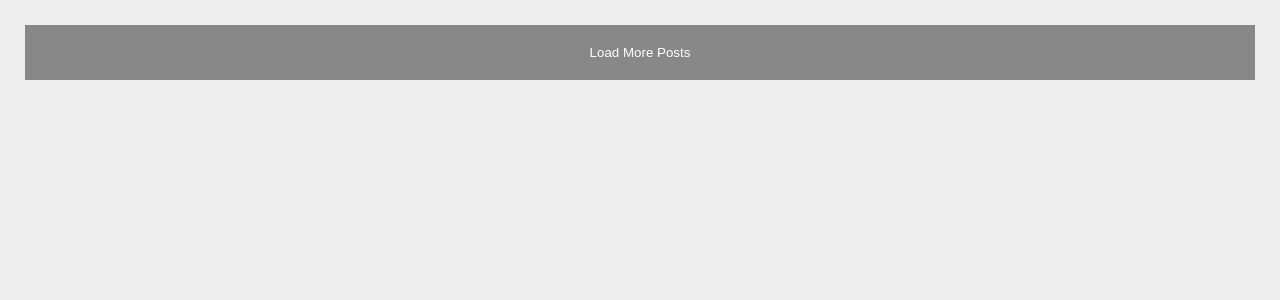
Repository: anderfmelo/temp-repo
Page: /
These files come from the project's save history. The page is drawn as it stood at one moment and after the next save; the edit follows.
The browser window is 1280 px wide. The pictures show the whole page.
The page's requests for data from a server got no answer. The project was rebuilt for these pictures with package versions that can differ from the ones it lists, and the page was loaded fresh each time. No one was signed in, and anything a server would have sent is missing. Also part of the build but not shown: src/components/PostCard/styles.css, src/components/PostCard/index.jsx.

Above is the page before, as saved 2022-04-20 12:25:30.

### public/index.html
<!DOCTYPE html>
<html lang="en">
  <head>
    <meta charset="utf-8" />
    <link rel="icon" href="%PUBLIC_URL%/favicon.ico" />
    <meta name="viewport" content="width=device-width, initial-scale=1" />
    <meta name="theme-color" content="#000000" />
    <meta
      name="description"
      content="Web site created using create-react-app"
    />
    <link rel="apple-touch-icon" href="%PUBLIC_URL%/logo192.png" />
    <!--
      manifest.json provides metadata used when your web app is installed on a
      user's mobile device or desktop. See https://developers.google.com/web/fundamentals/web-app-manifest/
    -->
    <link rel="manifest" href="%PUBLIC_URL%/manifest.json" />
    <!--
      Notice the use of %PUBLIC_URL% in the tags above.
      It will be replaced with the URL of the `public` folder during the build.
      Only files inside the `public` folder can be referenced from the HTML.

      Unlike "/favicon.ico" or "favicon.ico", "%PUBLIC_URL%/favicon.ico" will
      work correctly both with client-side routing and a non-root public URL.
      Learn how to configure a non-root public URL by running `npm run build`.
    -->
    <title>React App</title>
  </head>
  <body>
    <noscript>You need to enable JavaScript to run this app.</noscript>
    <div id="root"></div>
    <!--
      This HTML file is a template.
      If you open it directly in the browser, you will see an empty page.

      You can add webfonts, meta tags, or analytics to this file.
      The build step will place the bundled scripts into the <body> tag.

      To begin the development, run `npm start` or `yarn start`.
      To create a production bundle, use `npm run build` or `yarn build`.
    -->
  </body>
</html>

### src/index.js
import React from 'react';
import ReactDOM from 'react-dom/client';
import './styles/global-styles.css';

import Home from './templates/Home';

const root = ReactDOM.createRoot(document.getElementById('root'));
root.render(
  <React.StrictMode>
    <Home />
  </React.StrictMode>
);

### src/templates/Home/index.jsx
import "./styles.css";

import { Component } from "react";

import { loadPosts } from "../../utils/load-posts";
import { Posts } from "../../components/Posts";
import { Button } from "../../components/Button";

export class Home extends Component {
  state = {
    posts: [],
    allPosts: [],
    page: 0,
    postsPerPage: 3,
  };

  async componentDidMount() {
    await this.loadPosts();
  }

  loadPosts = async () => {
    const { page, postsPerPage } = this.state;

    const postsAndPhotos = await loadPosts();
    this.setState({
      posts: postsAndPhotos.slice(page, postsPerPage),
      allPosts: postsAndPhotos,
    });
  };

  loadMorePosts = () => {
    const { page, postsPerPage, allPosts, posts } = this.state;

    const nextPage = page + postsPerPage;
    const nextPosts = allPosts.slice(nextPage, nextPage + postsPerPage);
    posts.push(...nextPosts);

    this.setState({ posts, page: nextPage });
  };

  render() {
    const { posts, page, postsPerPage, allPosts } = this.state;
    const noMorePosts = page + postsPerPage >= allPosts.length;

    return (
      <section className="container">
        <Posts posts={posts} />
        <div className="button-container">
          <Button
            text="Load More Posts"
            quandoClica={this.loadMorePosts}
            disabled={noMorePosts}
          />
        </div>
      </section>
    );
  }
}

export default Home;

### src/templates/Home/styles.css
.container {
  min-height: 100vh;
  background: #eee;
  padding: 25px;
}

.button-container {
  min-height: 0px;
  display: flex;
  align-items: flex-end;
}

### src/utils/load-posts.js
export const loadPosts = async () => {
    const postsResponse = fetch(
        'https://jsonplaceholder.typicode.com/posts');

    const photosResponse = fetch(
        'https://jsonplaceholder.typicode.com/photos');

    const [posts, photos] = await Promise.all(
        [postsResponse, photosResponse]);

    const postsJson = await posts.json();
    const photosJson = await photos.json();

    const postsAndPhotos = postsJson.map((post, index) => {
        return { ...post, cover: photosJson[index].url }
    });

    return postsAndPhotos;
}

### src/components/Posts/index.jsx
import "./styles.css";

import { PostCard } from "../PostCard";

export const Posts = ({ posts }) => (
  <div className="posts">
    {posts.map((post) => (
      <PostCard
        key={post.id}
        title={post.title}
        body={post.body}
        id={post.id}
        cover={post.cover}
      />
    ))}
  </div>
);

### src/components/Button/index.jsx
import "./styles.css";

import { Component } from "react";

export class Button extends Component {
  render() {
    const { text, quandoClica, disabled } = this.props;

    return (
      <button className="button" onClick={quandoClica} disabled={disabled}>
        {text}
      </button>
    );
  }
}

### src/components/Posts/styles.css
.posts {
    display: grid;
    grid-template-columns: repeat(
      auto-fill, minmax(280px, 1fr));
      gap: 30px;
  }

### src/components/Button/styles.css
.button {
    width: 100%;
    background: darkblue;
    color: white;
    border: none;
    padding: 20px 30px;
    cursor: pointer;
    transition: transform 0.6s ease-in-out;
    transition: box-shadow 0.2s ease-in-out;
}

.button:disabled {
    background: #888;
    cursor: not-allowed;
}

button:hover{
    transform: scale(1.05);
    background: white;
    color: darkblue;
}

.button:disabled:hover{
    transform: scale(1.05);
    color: red;
}

Loaded but not shown: src/styles/global-styles.css (common file)

After the next save:
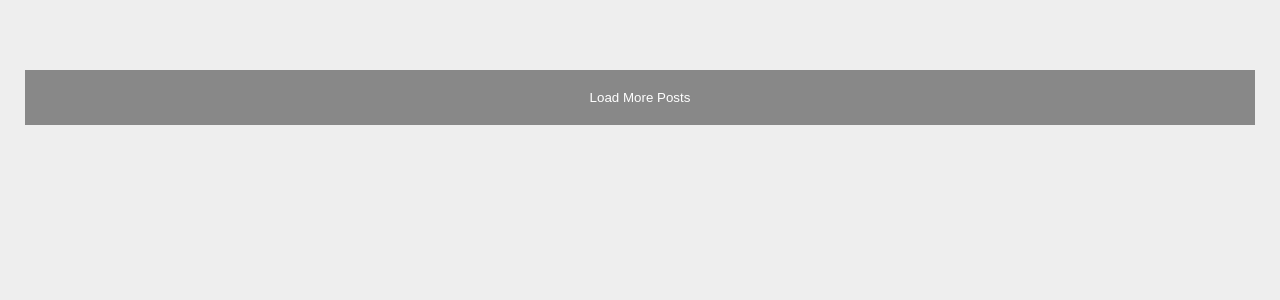
Saved 4 s later.
--- a/src/templates/Home/styles.css
+++ b/src/templates/Home/styles.css
@@ -5,7 +5,7 @@
 }
 
 .button-container {
-  min-height: 0px;
+  min-height: 100px;
   display: flex;
   align-items: flex-end;
 }
